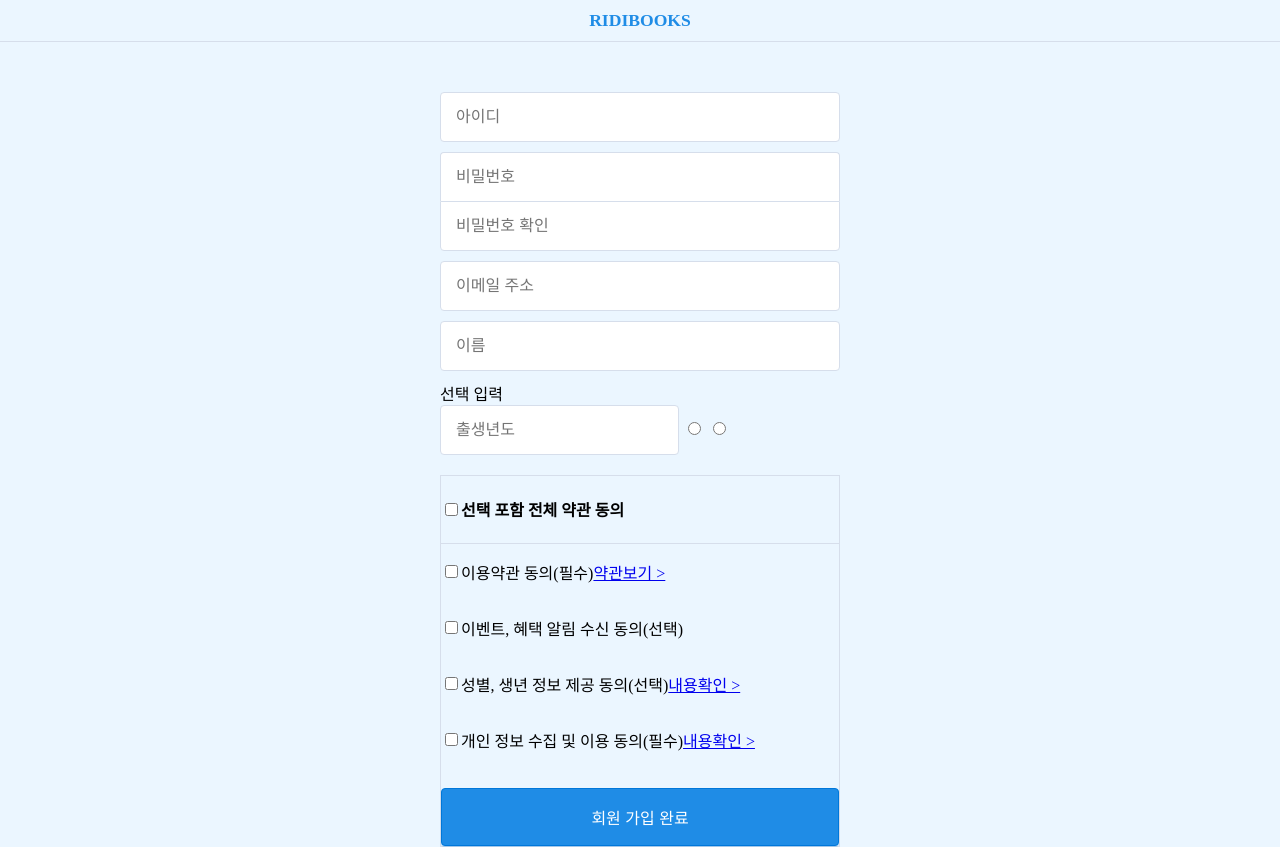
Repository: mega-teamproject/teamproject1
Page: html/join2.html
These files come from the project's save history. The page is drawn as it stood at one moment and after the next save; the edit follows.
The browser window is 1280 px wide. The pictures show the whole page.

Above is the page before, as saved 2021-12-27 01:31:34.

### html/join2.html
<!DOCTYPE html>
<html lang="ko">
  <head>
    <meta charset="UTF-8" />
    <meta http-equiv="X-UA-Compatible" content="IE=edge" />
    <meta name="viewport" content="width=device-width, initial-scale=1.0" />
    <title>insert page title</title>
    <link rel="stylesheet" href="../css/join2.css" />
  </head>
  <body>
    <div class="container">
      <header>
        <h3>
          <a href="index.html">RIDIBOOKS</a>
        </h3>
      </header>
      <form action="">
        <input type="text" class="mt-b" placeholder="아이디" />
        <input type="password" name="pwd" id="pwd" placeholder="비밀번호" />
        <input
          type="password"
          name="pwdCheck"
          id="pwdCheck"
          placeholder="비밀번호 확인"
          class="mt-b"
        />
        <input
          type="email"
          name="mail"
          id="mail"
          class="mt-b"
          placeholder="이메일 주소"
        />
        <input
          type="text"
          name="name"
          id="name"
          class="mt-b"
          placeholder="이름"
        />
        <div class="birth&gender mt-b">
          <label for="gender">선택 입력</label> <br />
          <input type="text" placeholder="출생년도" />
          <input type="radio" name="gender" value="남" />
          <input type="radio" name="gender" value="여" />
        </div>
        <div class="terms">
          <div class="allAgree agree">
            <input type="checkbox" name="all" id="all" />
            <h4>선택 포함 전체 약관 동의</h4>
          </div>
          <div class="termAgree agree">
            <input type="checkbox" name="term" id="term" />
            <p>이용약관 동의(필수)</p>
            <a href="#">약관보기 ></a>
          </div>
          <div class="alarmAgree agree">
            <input type="checkbox" name="alarm" id="alarm" />
            <p>이벤트, 혜택 알림 수신 동의(선택)</p>
          </div>
          <div class="infoAgree agree">
            <input type="checkbox" name="info" id="info" />
            <p>성별, 생년 정보 제공 동의(선택)</p>
            <a href="#">내용확인 ></a>
          </div>
          <div class="personalAgree agree">
            <input type="checkbox" name="personalInfo" id="personalInfo" />
            <p>개인 정보 수집 및 이용 동의(필수)</p>
            <a href="#">내용확인 ></a>
          </div>
          <div class="complete">
            <button
              class="submit-login"
              type="button"
              onclick="location.href='join2.html'"
            >
              회원 가입 완료
            </button>
          </div>
        </div>
      </form>
    </div>
  </body>
</html>

### css/join2.css
* {
  box-sizing: border-box;
}

body {
  margin: 0;
  background-color: #ebf6ff;
}

header {
  margin-bottom: 50px;
}

h3 {
  border-bottom: 1px solid #d6deeb;
  text-align: center;
  margin: 0;
  padding: 10px 0;
  font-size: 1.1rem;
  font-weight: bolder;
}

h3 a {
  text-decoration: none;
  color: #1f8ce6;
  font-weight: bold;
}
form {
  display: flex;
  flex-flow: column;
  width: 400px;
  margin: 0 auto;
}

form input {
  padding: 15px;
  border: 1px solid #d6deeb;
  border-radius: 4px;
  font-size: 1em;
}

input.mt-b {
  margin-bottom: 10px;
}

input#pwd {
  border-bottom: none;
  border-radius: 4px 4px 0 0;
}

input#pwdCheck {
  border-radius: 0 0 4px 4px;
}

.terms {
  border: 1px solid #d6deeb;
  margin-top: 20px;
  display: flex;
  flex-flow: column;
}
.allAgree {
  border-bottom: 1px solid #d6deeb;
}

.terms .agree {
  display: flex;
  align-items: center;
}

.terms .m-l {
  justify-content: center;
}

button.submit-login {
  width: 100%;
  padding: 16px 14px;
  margin: 20px 0;
  margin-bottom: 0;
  cursor: pointer;
  background-color: #1f8ce6;
  border: 1px solid #0077d9;
  border-radius: 4px;
  color: white;
  font-size: 1rem;
  font-weight: 570;
  box-shadow: 0 1px 1px 0 rgb(31 140 230 / 30%);
}

After the next save:
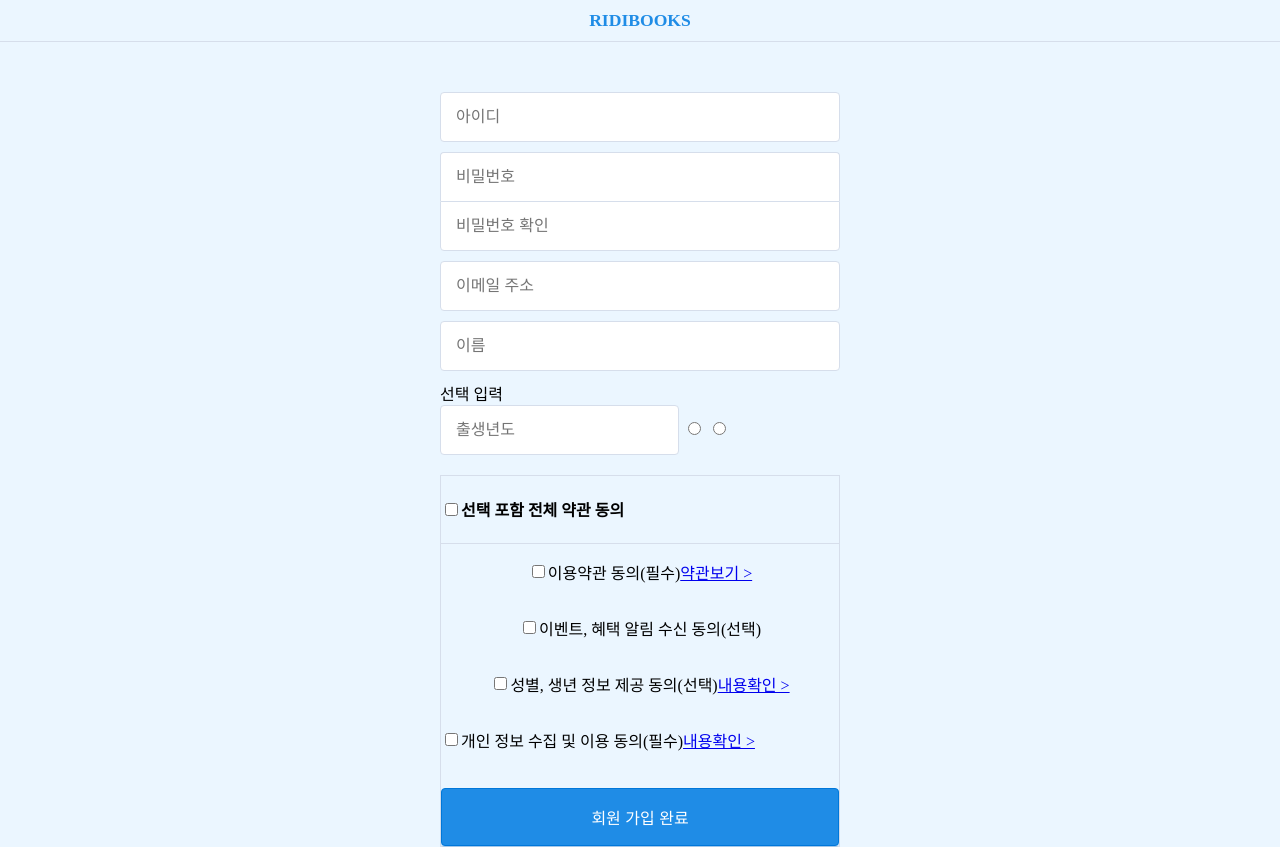
Saved 6 s later.
--- a/html/join2.html
+++ b/html/join2.html
@@ -49,16 +49,16 @@
             <input type="checkbox" name="all" id="all" />
             <h4>선택 포함 전체 약관 동의</h4>
           </div>
-          <div class="termAgree agree">
+          <div class="termAgree agree m-l">
             <input type="checkbox" name="term" id="term" />
             <p>이용약관 동의(필수)</p>
             <a href="#">약관보기 ></a>
           </div>
-          <div class="alarmAgree agree">
+          <div class="alarmAgree agree m-l">
             <input type="checkbox" name="alarm" id="alarm" />
             <p>이벤트, 혜택 알림 수신 동의(선택)</p>
           </div>
-          <div class="infoAgree agree">
+          <div class="infoAgree agree m-l">
             <input type="checkbox" name="info" id="info" />
             <p>성별, 생년 정보 제공 동의(선택)</p>
             <a href="#">내용확인 ></a>
